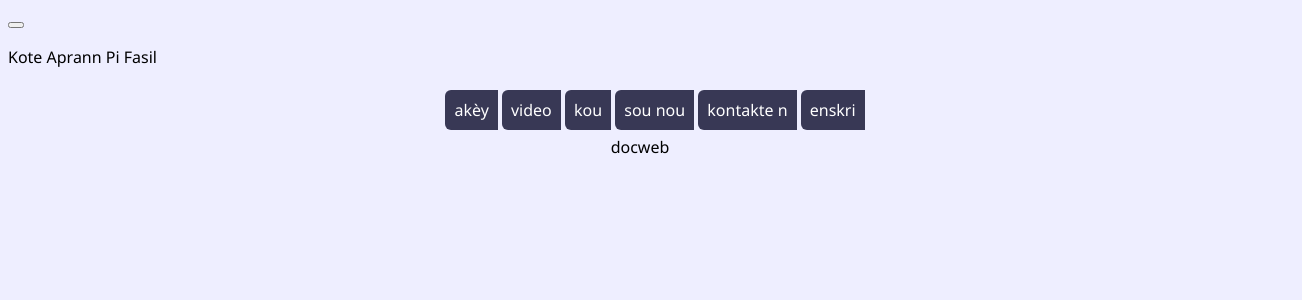
Repository: duperweb/docweb
Page: index.html
These files come from the project's save history. The page is drawn as it stood at one moment and after the next save; the edit follows.
The browser window is 1280 px wide. The page is 1302 px wide, so the pictures cover 1302 px, including what lies to the right of the window. The pictures show the whole page.

Above is the page before, as saved 2021-03-16 15:08:12.

### index.html
<!DOCTYPE html>
<html lang="en">
<head>
    <meta charset="UTF-8">
    <meta http-equiv="X-UA-Compatible" content="IE=edge">
    <meta name="viewport" content="width=device-width, initial-scale=1.0">
    <title>DocWeb: Dokiman Pou Aprann Devlope Web</title>
    <link rel="stylesheet" href="assets/css/home.css">
</head>
<body>
    <!--HEADER SECTION WITH ITS CHILD-->
    <header id="header-pages">

        <nav class="top-message">
            <!--the button menu for mobile devices-->
            <button id="button-top-menu"  title="KLIKE POU WE SA K GEN NAN MENU">
                    <span></span>
                    <span></span>
                    <span></span>
            </button>
            <p>Kote Aprann Pi Fasil </p>
        </nav>

        <!--the top menu horizontal-->
        <nav id="nav-horizontal-menu" class="">
            <a href="index.html">akèy</a>
            <a href="video.html">video</a>
            <a href="kou.html">kou</a>
            <a href="about.html">sou nou</a>
            <a href="mailto:duperweb@gmail.com">kontakte n</a>
            <a href="sign.html" id="signin">enskri</a>
        </nav> <!-- end of the top menu horizontal-->
        <div class="docweb">
            <span class="header-line"></span>
            <span class="top-text"> <span class="docweb-text-logo">docweb</span></span>
            <span class="header-line"></span>
        </div>

    </header><!--end of the HEADER SECTION-->

<!--this the top line section-->
</body>
</html>

### assets/css/home.css
/**************************************
IMPORTING OTHER FILE TO LOAD FIRST
*************************************/


/********************************
    RESET DEFAULT BEHAVIOR
********************************/
a {
    text-decoration: none;
}

body {
    background-color: #eef;
    font-family: 'Segoe UI', Tahoma, Geneva, Verdana, sans-serif
}

/*===================== HEADER PAGES SECTION===========================*/
.header-pages {
    /*with  % make container relative to size and can be centralized*/
    margin: 0 auto;
    width: 100%;
}

#nav-horizontal-menu {
    width: 100%;
    margin: 0 auto;
    padding: 15px;
    border-radius: 0 0 6px 6px;
    text-align: center;
}
#nav-horizontal-menu a {
    color: white;
    background-color: #383855;
    padding: 9px;
    border-radius: 6px 0 0 6px;

}
.docweb {
    margin: 0 auto;
    text-align: center;
}

.header-line {
    font-size: 16px;
    flex: 2;
    width: 20%;
    border-bottom: 2px #1f1f5a double;
}
/*===================== END OF HEADER  TOP SECTION====================*/

After the next save:
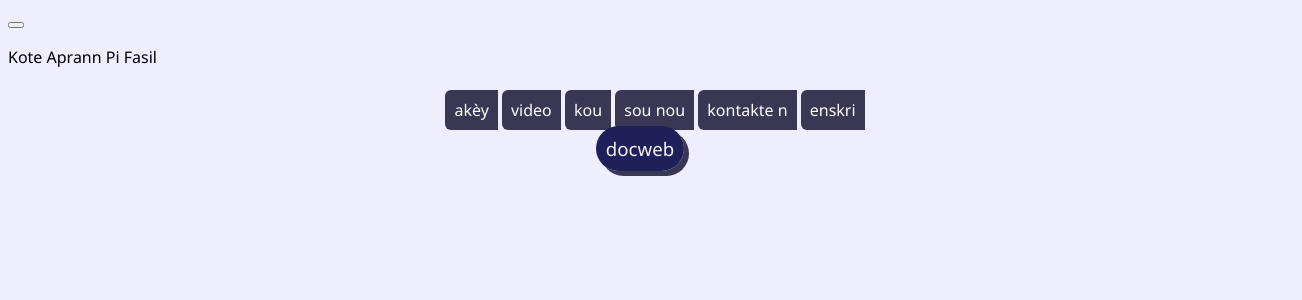
Saved 7 s later.
--- a/assets/css/home.css
+++ b/assets/css/home.css
@@ -47,4 +47,14 @@ body {
     width: 20%;
     border-bottom: 2px #1f1f5a double;
 }
+
+.top-text {
+    flex: 1;
+    color: whitesmoke;
+    border-radius: 100px;
+    background: #1f1f5a;
+    font-size: 14pt;
+    padding: 10px;
+    box-shadow: 5px 5px #383855;
+}
 /*===================== END OF HEADER  TOP SECTION====================*/

After the 5 saves that followed:
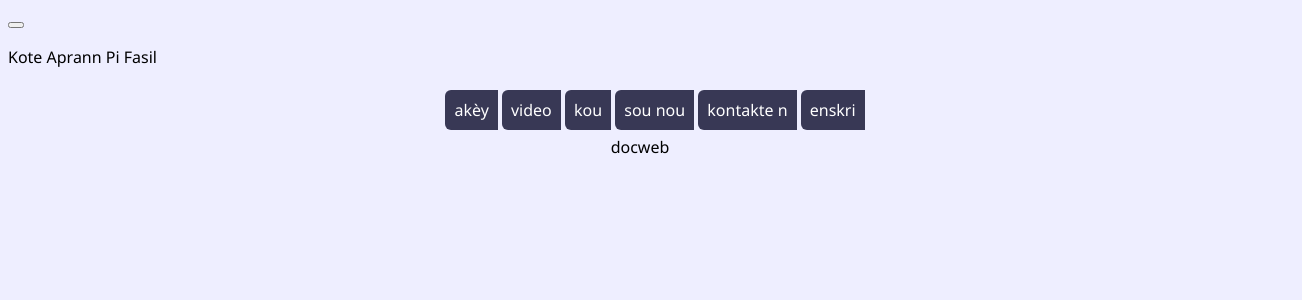
The 5 saves are shown as one change because 1 left the picture as it was and some came seconds apart.
The last was saved 84 s later.
--- a/index.html
+++ b/index.html
@@ -32,7 +32,7 @@
         </nav> <!-- end of the top menu horizontal-->
         <div class="docweb">
             <span class="header-line"></span>
-            <span class="top-text"> <span class="docweb-text-logo">docweb</span></span>
+             <span class="docweb-text-logo">docweb</span></span>
             <span class="header-line"></span>
         </div>
 
--- a/assets/css/home.css
+++ b/assets/css/home.css
@@ -41,6 +41,14 @@ body {
     text-align: center;
 }
 
+.container-topline {
+    margin-top: 10px;
+    display: flex;
+    justify-content: center;
+    width: 80%;
+    margin: 13px auto;
+}
+
 .header-line {
     font-size: 16px;
     flex: 2;
